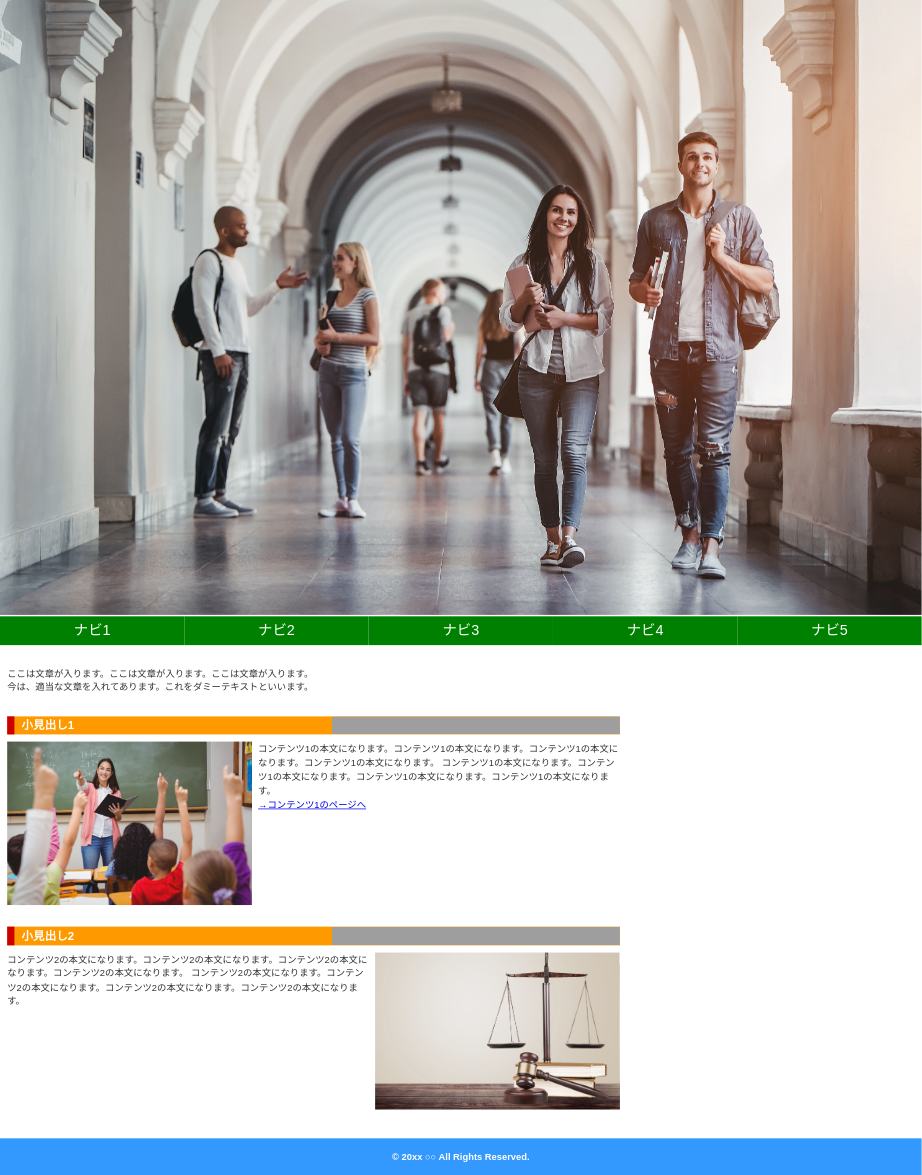
Repository: masa-b24/samurai_HTML-CSS
Page: home.html
The author's editor kept a record of every edit. The page is drawn from the files as they stood at one moment, then again after the next edit.
The browser window is 1280 px wide. The pictures show the whole page, at 72% of full size.
Pictures or frames that could not be fetched are drawn as grey boxes.

Above is the page before.

### home.html
<!DOCTYPE html>
<html lang="ja">
    <head>
        <meta charset="UTF-8">
        <title>HTML/CSSの学習</title>
        <link rel="stylesheet" href="stylesheet.css">
    </head>
    <body>
        <div id="header">
          <h1><a href="index.html"><img id="corridor" src="images/corridor.jpg" alt="大学の廊下" /></a></h1>
        </div>

        <div id="wrapper">
          <div id="nav">
            <ul>
              <li><a href="home.html">ナビ1</a></li>
              <li><a href="#">ナビ2</a></li>
              <li><a href="#">ナビ3</a></li>
              <li><a href="#">ナビ4</a></li>
              <li><a href="#">ナビ5</a></li>
            </ul>
          </div>
            <div id="container">
              <div id="main">
                <div class="post">
                  <p>ここは文章が入ります。ここは文章が入ります。ここは文章が入ります。<br />今は、適当な文章を入れてあります。これをダミーテキストといいます。</p>
                </div>
                <div class="post clearfix">
                  <h2>小見出し1</h2>
                  <img class="left" src="images/classroom.jpg" alt="授業風景" />
                  <p>
                      コンテンツ1の本文になります。コンテンツ1の本文になります。コンテンツ1の本文になります。コンテンツ1の本文になります。
                      コンテンツ1の本文になります。コンテンツ1の本文になります。コンテンツ1の本文になります。コンテンツ1の本文になります。
                  </p>
                  <p><a href="#">→コンテンツ1のページへ</a></p>
                </div>
                <div class="post clearfix">
                  <h2>小見出し2</h2>
                  <img class="right" src="images/scale.jpg" alt="天秤" />
                  <p>
                      コンテンツ2の本文になります。コンテンツ2の本文になります。コンテンツ2の本文になります。コンテンツ2の本文になります。
                      コンテンツ2の本文になります。コンテンツ2の本文になります。コンテンツ2の本文になります。コンテンツ2の本文になります。
                  </p>
                </div>
              </div>
            </div>
          </div>

        </div>

        <div id="footer">
          <p>&copy; 20xx ○○ All Rights Reserved.</p>
        </div>
    </body>
</html>

### stylesheet.css
@charset "utf-8";

body {
	margin: 0;
	padding: 0;
	font-family: "ヒラギノ角ゴ Pro W3", "Hiragino Kaku Gothic Pro", "メイリオ", Meiryo, Osaka, "ＭＳ Ｐゴシック", "MS PGothic", sans-serif;
	color: #333;
	font-size: 13px;
	line-height: 150%;
}

/* -------------------- wrapper -------------------- */
#wrapper {
	width: 100%;
	margin: auto;
	padding: 0px;
	border: 0px;
	background-color: #FFF;
	top: 10px;
}

/* -------------------- header -------------------- */
#header {
	width: 100%;
}
#header h1 {
	margin: 0;
	padding: 0;
}

#corridor {
	width: 100%;
	height: auto;
}

/* -------------------- footer -------------------- */
#footer {
	clear: both;
	width: 100%;
	padding: 3px 0 3px 0;
	background: #39F;
	color: #FFF;
	font-weight: bold;
	text-align: center;
}

/* -------------------- nav -------------------- */
#nav {
	width: 100%;
}
#nav ul {
	display: flex;
	margin: 0;
	padding: 0;
	list-style-type: none;
}
#nav ul li {
	width: 20%;
	text-align: center;
}
#nav ul li a {
	display: block;
	height: 20px;
	margin: 0;
	padding: 10px;
	color: #FFF;
	font-size: 20px;
	text-decoration: none;
	background-color: green;
}

#nav ul li a:hover {
	filter: drop-shadow(10px 10px 10px black);
}

/* -------------------- container -------------------- */
#container {
	width: 100%;
	margin: auto ;
	padding: auto;
	padding-top: 20px;
	clear: both;
	display: grid;
	grid-template-columns: 70vw 30vw;
}
/* -------------------- main -------------------- */
#main {
	width: 95%;
	padding: 10px 30px 10px 10px;
}
#main h2 {
	margin: 0 0 10px 0;
	padding: 3px 10px 3px 10px;
	color: #FFF;
	font-size: 16px;
	border-left: solid 10px #C00;
	background: #F90 url(../images/main_h2.jpg) right top repeat-y;
}
#main p {
	margin: 0;
	padding: 0;
}
#main .post {
	margin: 0 0 30px 0;
}

#main .post img.right {
	margin: 0 0 0 8px;
}
#main .post img.left {
	margin: 0 8px 0 0;
}

.right {
	float: right;
	width: 40%;
	height: auto;
}
.left {
	float: left;
	width: 40%;
	height: auto;
}

/* -------------------- clearfix -------------------- */
.clearfix {
	zoom: 1;
}
.clearfix:after{
	content: "";
	display: block;
	clear: both;
}

/* -------------------- side -------------------- */
#side {
	width: 85%;
	padding: 20px;
	background-color: #F99;
}
#side .box {
	margin: 0 auto 30px auto;
	padding: 0 0 20px 0;
	background: url(images/side_box.png) bottom no-repeat;
}
#side .box h2 {
	margin: 0;
	padding: 8px;
	text-align: center;
	color: #fff;
	font-size: 16px;
	line-height: 16px;
	font-weight: normal;
	background: url(images/side_box_h2.png) center no-repeat;
}
#side .box .boxBody {
	padding: 8px;
	border-right: solid 1px #C36;
	border-bottom: solid 1px #C36;
	border-left: solid 1px #C36;
	background: #fff;
}
#side .box .boxBody ul {
	margin: 0 0 16px 0;
	padding: 0;
}
#side .box .boxBody ul li {
	padding: 8px 0 8px 4px;
	list-style: none;
	border-bottom: solid 1px #C36;
}

#side .box .boxBody ul li:hover {
	padding: 8px 0 8px 4px;
	list-style: none;
	border-bottom: solid 1px #C36;
	box-shadow: 0px 4px 4px rgba(0, 0, 0, 0.3);
}

After the next edit:
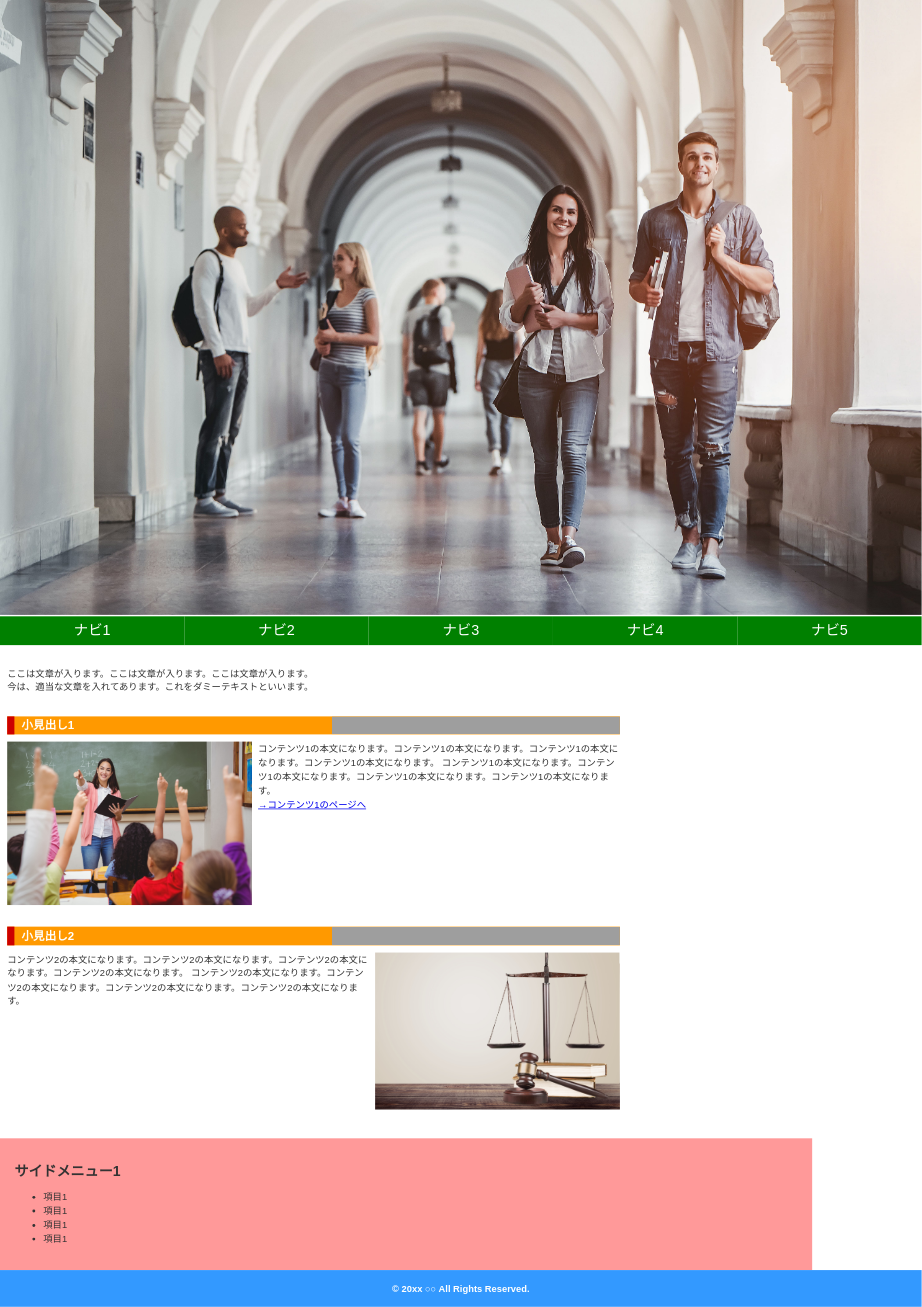
The edit:
--- a/home.html
+++ b/home.html
@@ -44,10 +44,20 @@
                 </div>
               </div>
             </div>
-          </div>
-
+              <div id="side">
+                <div class0="box">
+                  <h2>サイドメニュー1</h2>
+                  <div class="boxbody">
+                    <ul>
+                      <li>項目1</li>
+                      <li>項目1</li>
+                      <li>項目1</li>
+                      <li>項目1</li>
+                    </ul>
+                  </div>
+                </div>
+              </div>
         </div>
-
         <div id="footer">
           <p>&copy; 20xx ○○ All Rights Reserved.</p>
         </div>
